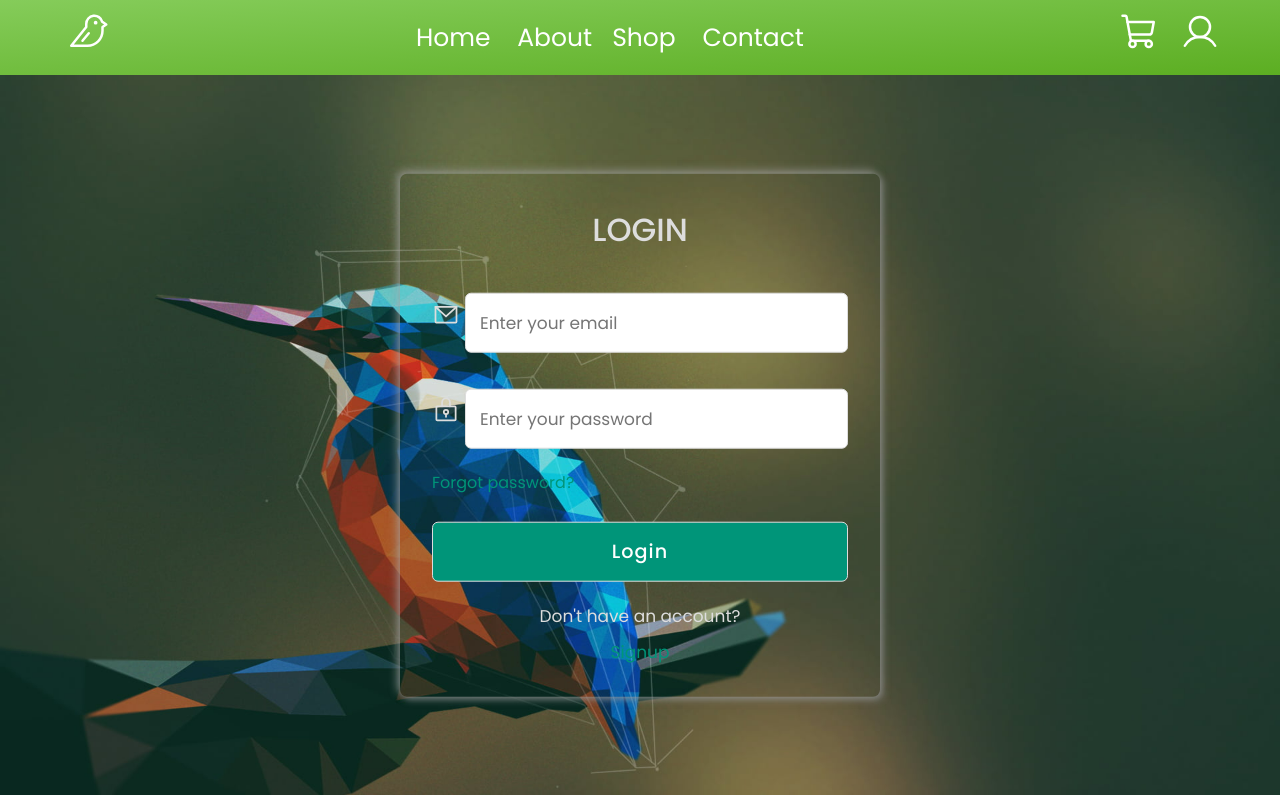
Repository: Vuhainam64/SWP391
Page: /register (app in React/swp391-app/)
An editor plug-in stored every save of this project. The page is shown before and after the next save, followed by the edit.
The browser window is 1280 px wide. The pictures show the whole page.
The project was rebuilt for these pictures with package versions that can differ from the ones it lists, and the page was loaded fresh each time. Also part of the build but not shown: React/swp391-app/src/pages/home/home.css, React/swp391-app/src/pages/home/home-product.jsx, React/swp391-app/src/pages/home/home.jsx, React/swp391-app/src/pages/about/about.jsx, React/swp391-app/src/pages/shop/product.jsx, React/swp391-app/src/pages/shop/shop.css, React/swp391-app/src/pages/shop/shop.jsx, React/swp391-app/src/pages/contact/contact.jsx and 3 more.

Above is the page before, as saved 2023-06-03 19:53:16.

After the next save:
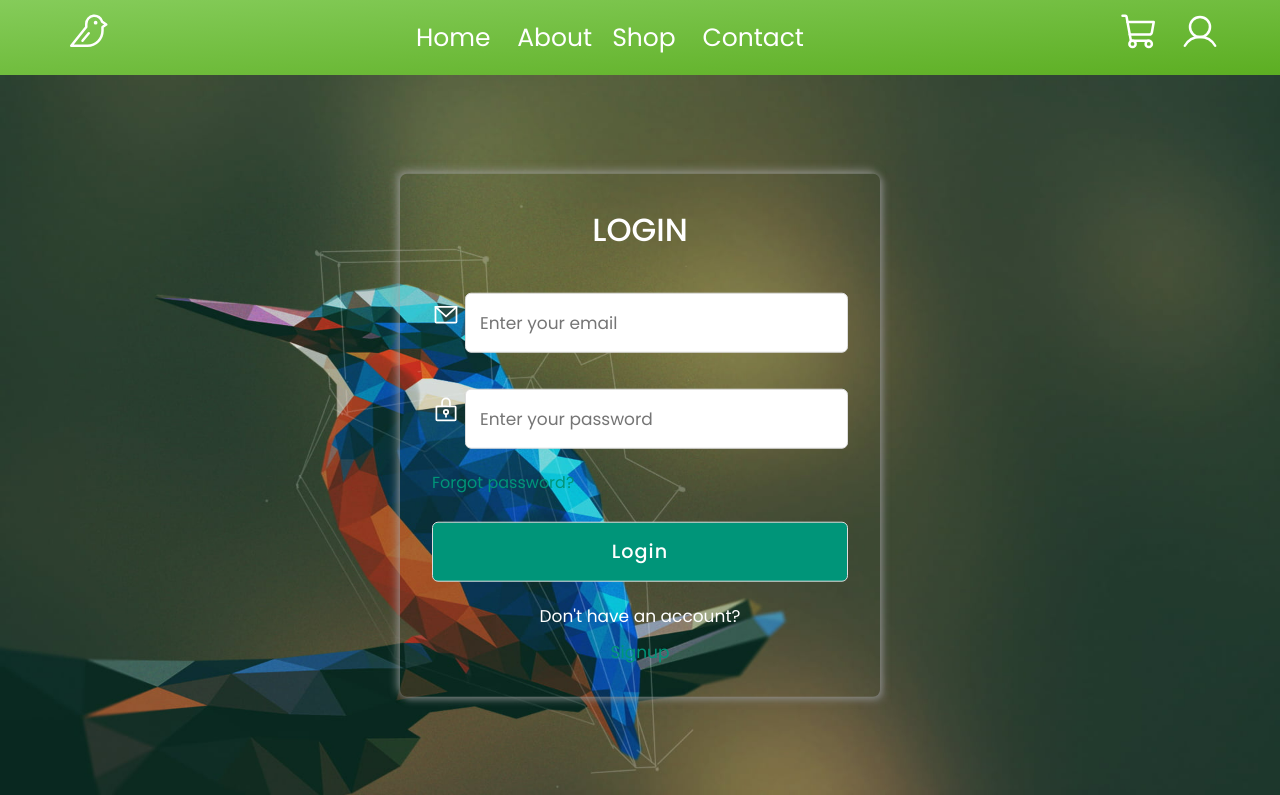
Saved 19 s later.
--- a/React/swp391-app/src/pages/register/register.css
+++ b/React/swp391-app/src/pages/register/register.css
@@ -15,7 +15,7 @@
   background-image: url(../../assets/products/bird.jpg);
   background-position: center;
   background-size: cover;
-  color: #ddd;
+  color: white;
 }
 
 .container{
